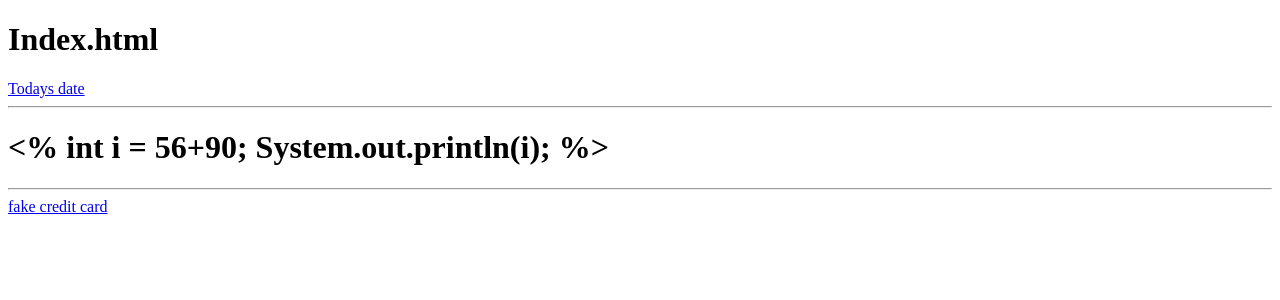
Repository: ScorpionHell7/ServletProjects
Page: Servlet_workspace/HelloWorld1/src/main/webapp/index.html
These files come from the project's save history. The page is drawn as it stood at one moment and after the next save; the edit follows.
The browser window is 1280 px wide. The pictures show the whole page.

Above is the page before, as saved 2024-05-01 17:52:05.

### Servlet_workspace/HelloWorld1/src/main/webapp/index.html
<!DOCTYPE html>
<html>
<head>
<meta charset="ISO-8859-1">
<title>Insert title here</title>
</head>

<body>
<h1>Index.html</h1>
<a href ="today">Todays date</a>
<hr>
<h1>
<%
	int i = 56+90;
	System.out.println(i);
%>
</h1>

<hr>
<a href ="fakecc">fake credit card</a>
</body>
</html>

After the next save:
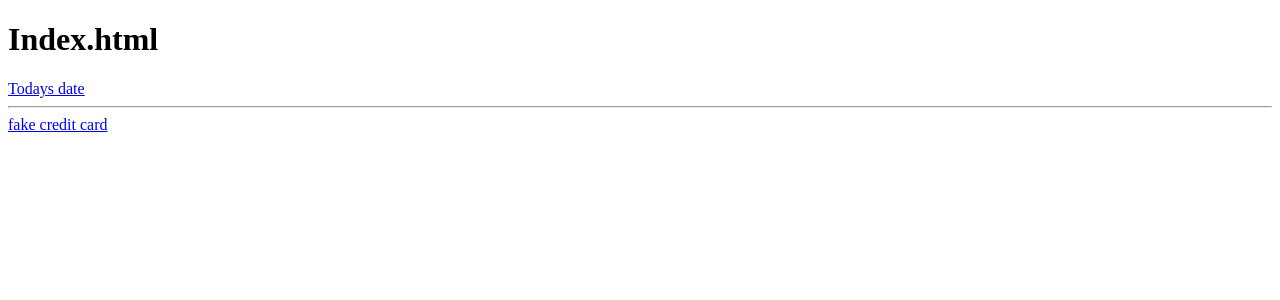
Saved 14 s later.
--- a/Servlet_workspace/HelloWorld1/src/main/webapp/index.html
+++ b/Servlet_workspace/HelloWorld1/src/main/webapp/index.html
@@ -9,14 +9,6 @@
 <h1>Index.html</h1>
 <a href ="today">Todays date</a>
 <hr>
-<h1>
-<%
-	int i = 56+90;
-	System.out.println(i);
-%>
-</h1>
-
-<hr>
 <a href ="fakecc">fake credit card</a>
 </body>
 </html>
